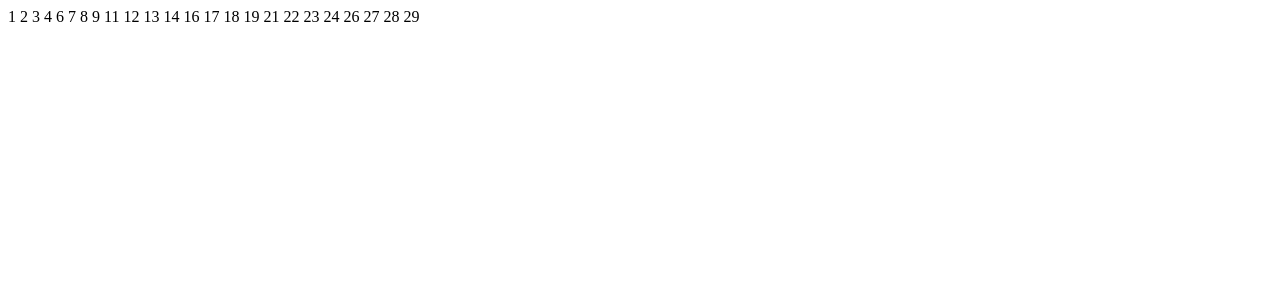
Repository: kazyakuma/Samurai_JS
Page: http://localhost/php/for.php
The author's editor kept a record of every edit. The page is drawn from the files as they stood at one moment, then again after the next edit.
The browser window is 1280 px wide. The pictures show the whole page.
The page is run by PHP 8.4 with error messages shown; the project is at /var/www/html/.

Above is the page before.

### php/for.php
<?php
/*
for($i = 1; $i <= 10; $i++){
    print("hello"."\n");
}

$animals = ["dog", "cat", "bird"];
foreach($animals as $animal){
    print($animal."\n");
}

*/

/*演習1*/
for($i = 1; $i <=30; $i++){
    if($i %5 == 0){

    }else{
        print($i."\n");
    }
}

?>

After the next edit:
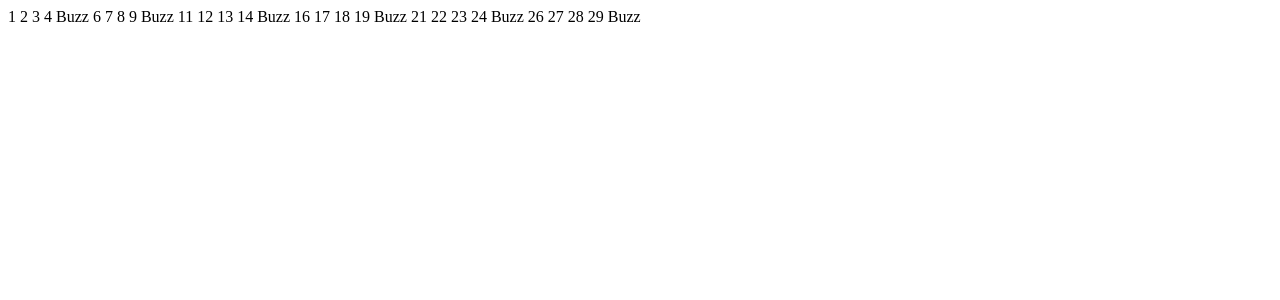
The edit:
--- a/php/for.php
+++ b/php/for.php
@@ -14,7 +14,7 @@
 /*演習1*/
 for($i = 1; $i <=30; $i++){
     if($i %5 == 0){
-
+        print("Buzz"."\n");
     }else{
         print($i."\n");
     }
